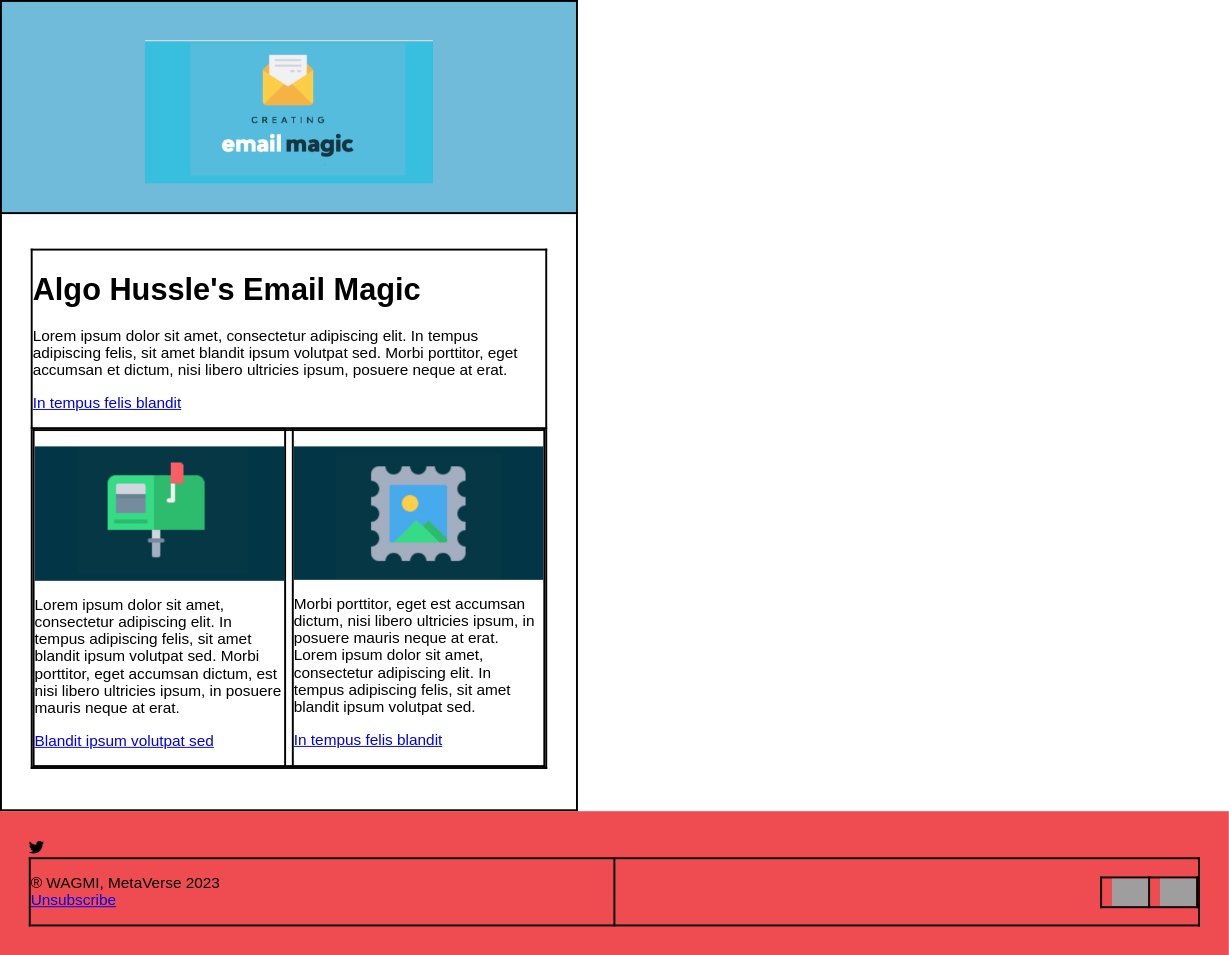
Repository: MikeeBuilds/email-template
Page: index.html
These files come from the project's save history. The page is drawn as it stood at one moment and after a run of saves; the edit follows.
The browser window is 1280 px wide. The pictures show the whole page, at 96% of full size.
Pictures or frames that could not be fetched are drawn as grey boxes. Some web libraries are served in a nearby version.

Above is the page before, as saved 2022-11-25 13:06:05.

### index.html
<!DOCTYPE html>
<html lang="en" xmlns="http://www.w3.org./1999/xhtml" xmlns:0="urn:schemas-microsoft-com:office:office">
<head>
    <script src="https://kit.fontawesome.com/f8f61e487a.js" crossorigin="anonymous"></script>
    <meta charset="UTF-8">
    <meta http-equiv="X-UA-Compatible" content="IE=edge">
    <meta name="x-apple-disable-message-reformatting">
    <meta name="viewport" content="width=device-width, initial-scale=1.0">
    <link rel="stylesheet" href="styles.css">
    <title></title>
    <!--[if mso]>
        <noscript>
            <xml>
                <o:OfficeDocumentSettings>
                    <o:AllowPNG/>
                    <o:PixelsPerInch>96</o:PixelsPerInch>
                </o:OfficeDocumentSettings>
            </xml>
        <![endif]-->
        <style>
            table, td, div, h1, p {
                font-family: Arial, sans-serif;
            }
            table, td {
                border: 2px solid #000 !important;
            }
            </style>
<body style="margin: 0; padding: 0;">
    <table role="presentation" style="width: 602px; border-collapse: collapse; border: 1px solid #cccccc; border-spacing: 0; text-align: left;
    border-spacing: 0; background: #ffffff;">
        <tr>
            <td align="center" style="padding: 40px 0 30px 0; background: #70bbd9;">
                <img src="images/h1.png" alt="heading picture" width="300" style="height: auto; display: block;" />
            </td>
        </tr>
        <tr>
            <td align="center" style="padding: 36px 30px 42px 30px;">
                <table role="presentation" style="width:100%;border-collapse:collapse;border:0;border-spacing:0;">
                    <tr>
                        <td style="padding:0;">
                            <h1>Algo Hussle's Email Magic</h1>
<p>Lorem ipsum dolor sit amet, consectetur adipiscing elit. In tempus adipiscing felis, sit amet blandit ipsum volutpat sed. Morbi porttitor, eget accumsan et dictum, nisi libero ultricies ipsum, posuere neque at erat.</p>
<p><a href="http://www.example.com">In tempus felis blandit</a></p>

                        </td>
                    </tr>
                    <tr>
                        <td style="padding:0;">
                            <table role="presentation" style="width:100%;border-collapse:collapse;border:0;border-spacing:0;">
                                <tr>
                                    <td style="width:260px;padding:0;vertical-align:top;">
                                        <p><img src="images/left.png" alt="" width="260" style="height:auto;display:block;" /></p>
            <p>Lorem ipsum dolor sit amet, consectetur adipiscing elit. In tempus adipiscing felis, sit amet blandit ipsum volutpat sed. Morbi porttitor, eget accumsan dictum, est nisi libero ultricies ipsum, in posuere mauris neque at erat.</p>
            <p><a href="http://www.example.com">Blandit ipsum volutpat sed</a></p>
                                    </td>
                                    <td style="width:20px;padding:0;font-size:0;line-height:0;">&nbsp;</td>
                                    <td style="width:260px;padding:0;vertical-align:top;">
                                        <p><img src="images/right.png" alt="" width="260" style="height:auto;display:block;" /></p>
            <p>Morbi porttitor, eget est accumsan dictum, nisi libero ultricies ipsum, in posuere mauris neque at erat. Lorem ipsum dolor sit amet, consectetur adipiscing elit. In tempus adipiscing felis, sit amet blandit ipsum volutpat sed.</p>
            <p><a href="http://www.example.com">In tempus felis blandit</a></p>
        </td>
    </tr>
</table>

                                    </td>
                                </tr>
                            </table>
                        </td>
                    </tr>
                </table>
            </body>
        </head>


        <footer style="padding: 30px; background: #ee4c50";>
            <i class="fa-brands fa-twitter"></i>
            <table role="presentation" style="width:100%;border-collapse:collapse;border:0;border-spacing:0;">
                <tr>
                    <td style="padding:0;width:50%;" align="left">
                        <p>&reg; WAGMI, MetaVerse 2023<br/><a href="http://www.example.com">Unsubscribe</a></p>
                    </td>
                    <td style="padding:0;width:50%;" align="right">
                        <table role="presentation" style="border-collapse:collapse;border:0;border-spacing:0;">
                            <tr>
                                <td style="padding:0 0 0 10px;width:38px;">
                                    <a href="http://www.twitter.com/bankroll_miyagi"><img src="images/tw.png" alt="Twitter" width="38" style="height:auto;display:block;border:0;" /></a>
                                </td>
                                <td style="padding:0 0 0 10px;width:38px;">
                                    <a href="http://www.facebook.com/"><img src="images/fb.png" alt="Facebook" width="38" style="height:auto;display:block;border:0;" /></a>
                                </td>
                            </tr>
                        </table>
                    </td>
                </tr>
            </table>
        </footer>

        </html>

Loaded but not shown: styles.css (no stored copy; drawn as an empty file)

After the next 2 saves:
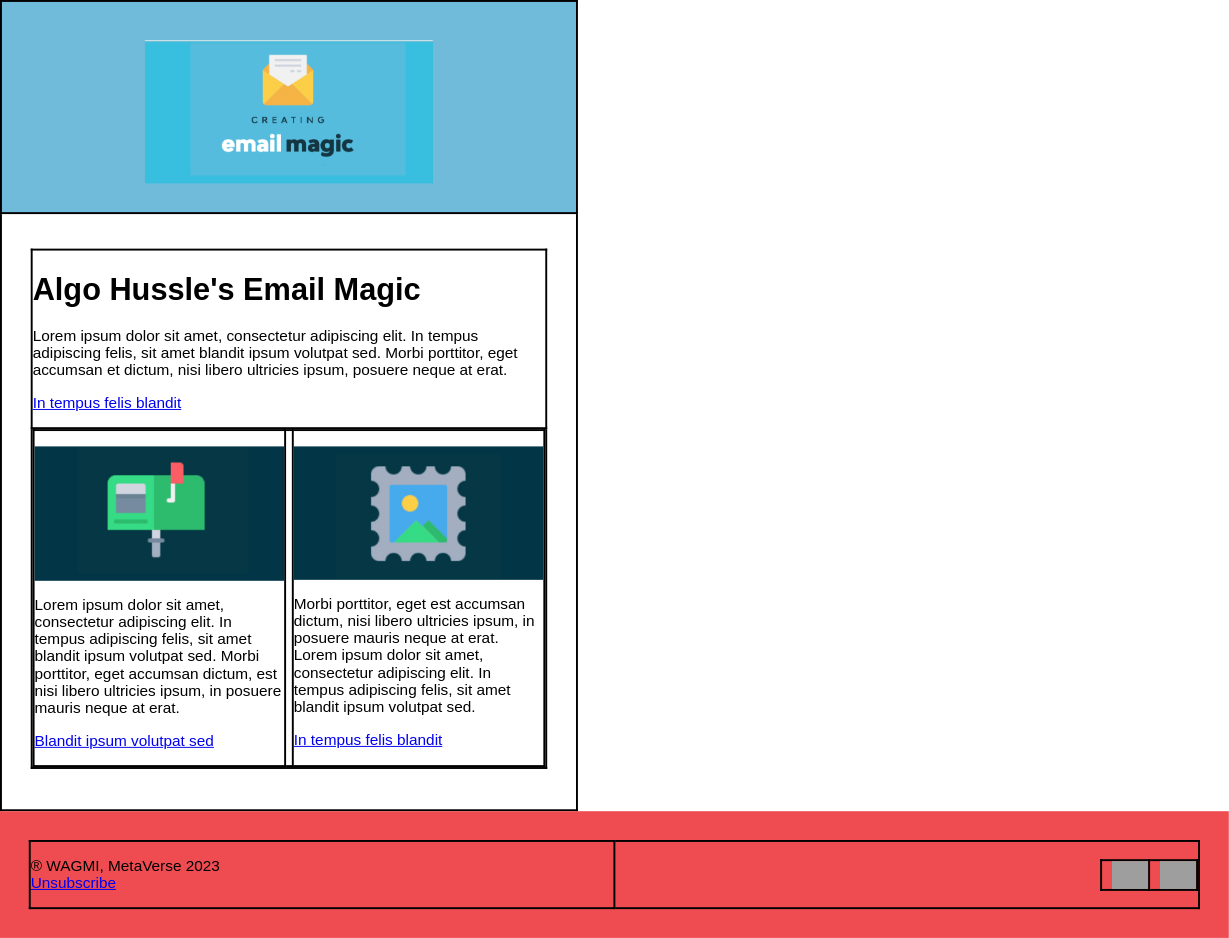
The 2 saves are shown as one change because they came seconds apart.
The last was saved 43 s later.
--- a/index.html
+++ b/index.html
@@ -73,7 +73,6 @@
 
 
         <footer style="padding: 30px; background: #ee4c50";>
-            <i class="fa-brands fa-twitter"></i>
             <table role="presentation" style="width:100%;border-collapse:collapse;border:0;border-spacing:0;">
                 <tr>
                     <td style="padding:0;width:50%;" align="left">
